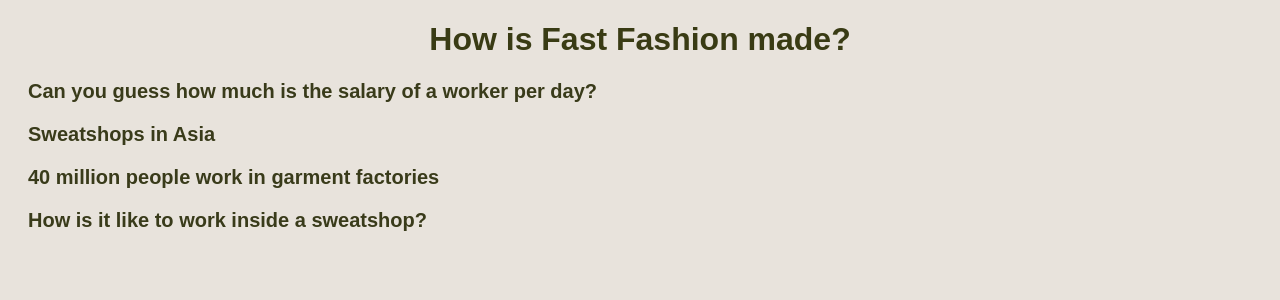
Repository: DevOfHockey/mdia-2190-midterm
Page: fashionlabor.html
These files come from the project's save history. The page is drawn as it stood at one moment and after the next save; the edit follows.
The browser window is 1280 px wide. The pictures show the whole page.

Above is the page before, as saved 2022-03-01 13:34:32.

After the next save:
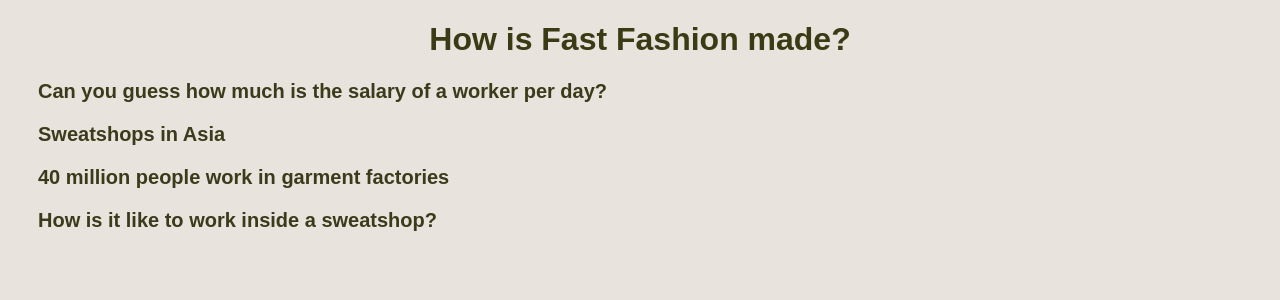
Saved 23 s later.
--- a/comps/infobox.js
+++ b/comps/infobox.js
@@ -13,7 +13,7 @@ h3 {
     font-weight: bold;
     color: #393B1A;
     text-align: left;
-    margin: 20px;
+    margin-left: 30px;
 }
 `;
 
